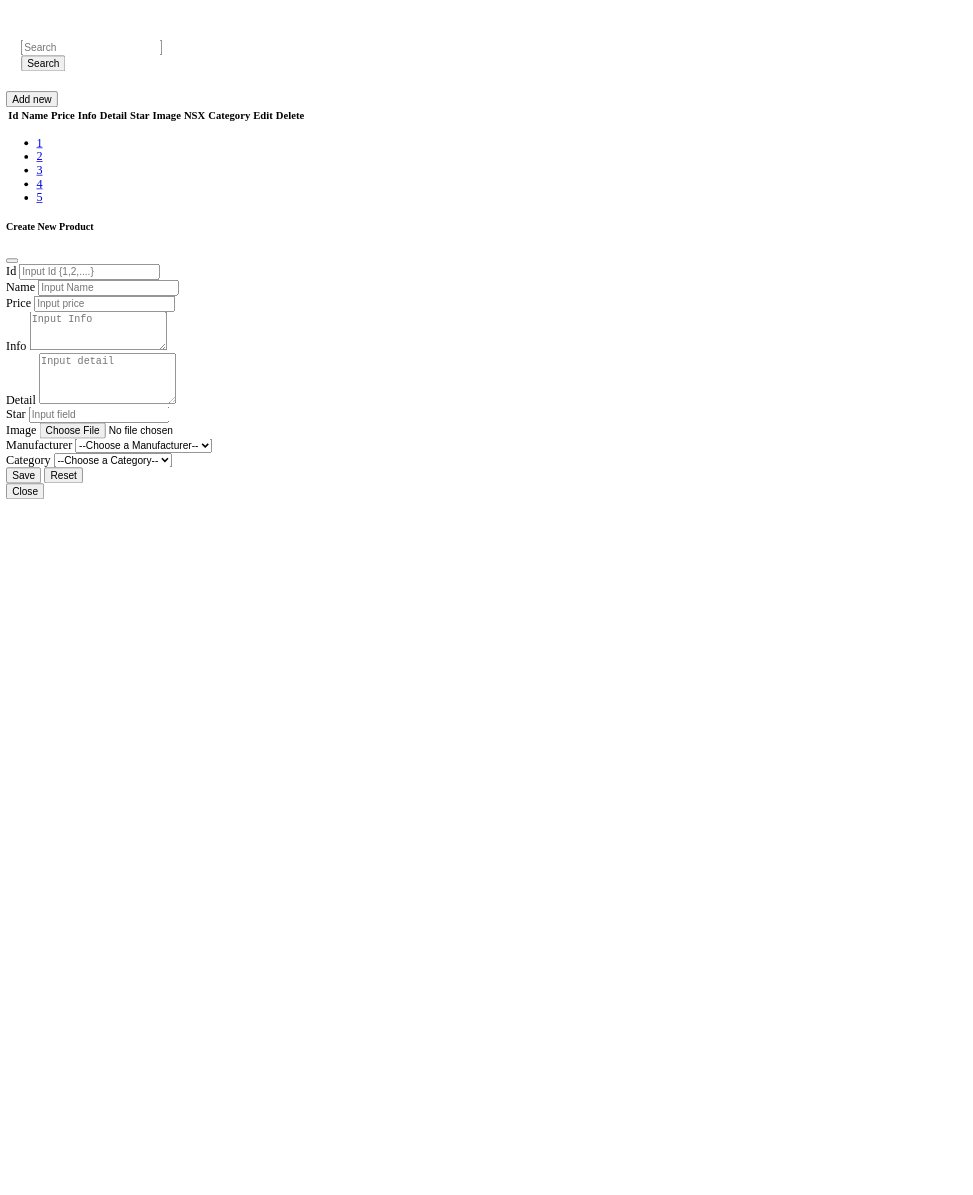
Repository: nguyenhien9/VTI_demo-ecommerce
Page: ADMIN/contentProduct.html
An editor plug-in stored every save of this project. The page is shown before and after the next save, followed by the edit.
The browser window is 1280 px wide. The pictures show the whole page, at 76% of full size.

Above is the page before, as saved 2023-04-05 20:26:54.

### ADMIN/contentProduct.html
<!DOCTYPE html>
<html lang="en">
  <head>
    <meta charset="UTF-8" />
    <meta http-equiv="X-UA-Compatible" content="IE=edge" />
    <meta name="viewport" content="width=device-width, initial-scale=1.0" />
    <title>ContentProduct</title>
    <link rel="stylesheet" href="./asset/css/Adminpage.css" />
  </head>
  <body>
    <div class="col-12 col-sm-12 col-md-12 col-lg-12 col-xl-12 col-xxl-12">
      <br />
      <br />
      <!-- Search -->
      <div class="row justify-content-center g-2">
        <div class="col-12 col-sm-12 col-md-12 col-lg-12 col-xl-12 col-xxl-12">
          <div class="row justify-content-center align-items-center g-2">
            <form
              class="d-flex border rounded w-100"
              style="padding: 8px 8px 8px 20px"
              role="search"
            >
              <div class="col-8 pe-4">
                <input
                  class="form-control me-2"
                  type="search"
                  placeholder="Search"
                  aria-label="Search"
                />
              </div>
              <div class="col-4">
                <button class="btn btn-outline-success" type="submit">
                  Search
                </button>
              </div>
            </form>
          </div>
        </div>
      </div>
      <!-- End Search -->
      <!-- Add product -->
      <br />

      <div class="row justify-content-center border rounded g-2 updateModal">
        <div class="row justify-content-center g-2 ps-2">
          <div class="col-12">
            <button
              type="button"
              class="btn btn-info text-light"
              data-bs-toggle="modal"
              data-bs-target="#modalId"
            >
              Add new
            </button>
          </div>
        </div>
        <div class="row justify-content-center align-items-center g-2">
          <div class="col-sm-12">
            <div class="table-responsive" style="font-size: 14px">
              <table class="table table-light">
                <thead>
                  <tr>
                    <th scope="col">Id</th>
                    <th scope="col">Name</th>
                    <th scope="col">Price</th>
                    <th scope="col">Info</th>
                    <th scope="col">Detail</th>
                    <th scope="col">Star</th>
                    <th scope="col">Image</th>
                    <th scope="col">NSX</th>
                    <th scope="col">Category</th>
                    <th scope="col">Edit</th>
                    <th scope="col">Delete</th>
                  </tr>
                </thead>
                <tbody id="tableBody">
                  <!-- Row-1 -->

                  <!-- Row-2 -->
                </tbody>
              </table>
            </div>
          </div>
        </div>
        <div class="row justify-content-center align-items-center g-2">
          <div class="col-sm-12">
            <nav aria-label="Page navigation">
              <ul class="pagination ps-4">
                <li class="page-item" aria-current="page">
                  <a class="page-link active" href="#">1</a>
                </li>
                <li class="page-item">
                  <a class="page-link" href="#">2</a>
                </li>
                <li class="page-item"><a class="page-link" href="#">3</a></li>
                <li class="page-item"><a class="page-link" href="#">4</a></li>
                <li class="page-item"><a class="page-link" href="#">5</a></li>
              </ul>
            </nav>
          </div>
        </div>
      </div>
      <!--  Modal Add New  -->
      <!-- Modal Body-->
      <div
        class="modal fade"
        id="modalId"
        tabindex="-1"
        role="dialog"
        aria-labelledby="modalTitleId"
        aria-hidden="true"
      >
        <div class="modal-dialog" role="document">
          <div class="modal-content">
            <div class="modal-header">
              <h5 class="modal-title" id="modalTitleId">Create New Product</h5>
              <button
                type="button"
                class="btn-close"
                data-bs-dismiss="modal"
                aria-label="Close"
              ></button>
            </div>
            <div class="modal-body">
              <div class="container-fluid">
                <div class="col-12">
                  <!-- Product Properties -->

                  <div class="mb-3">
                    <label for="" class="form-label fw-bold">Id</label>
                    <input
                      type="text"
                      name="id"
                      id="id"
                      class="form-control"
                      placeholder="Input Id {1,2,....}"
                    />
                  </div>
                  <div class="mb-3">
                    <label for="" class="form-label fw-bold">Name</label>
                    <input
                      type="text"
                      name="name"
                      id="name"
                      class="form-control"
                      placeholder="Input Name"
                    />
                  </div>
                  <div class="mb-3">
                    <label for="" class="form-label fw-bold">Price</label>
                    <input
                      type="text"
                      name="price"
                      id="price"
                      class="form-control"
                      placeholder="Input price"
                    />
                  </div>
                  <div class="mb-3">
                    <label for="" class="form-label fw-bold">Info</label>
                    <textarea
                      class="form-control"
                      name="info"
                      id="info"
                      rows="3"
                      placeholder="Input Info"
                    ></textarea>
                  </div>
                  <div class="mb-3">
                    <label for="" class="form-label fw-bold">Detail</label>
                    <textarea
                      class="form-control"
                      name="detail"
                      id="detail"
                      rows="4"
                      placeholder="Input detail"
                    ></textarea>
                  </div>
                  <div class="mb-3">
                    <label for="" class="form-label fw-bold">Star</label>
                    <input
                      type="text"
                      name="star"
                      id="star"
                      class="form-control"
                      placeholder="Input field"
                    />
                  </div>
                  <div class="mb-3">
                    <label for="" class="form-label fw-bold">Image</label>
                    <input
                      type="file"
                      name="image"
                      id="image"
                      class="form-control text-secondary"
                      accept="image/*"
                    />
                  </div>
                  <div class="mb-3">
                    <label for="" class="form-label fw-bold"
                      >Manufacturer</label
                    >
                    <select
                      class="form-select form-select-md text-secondary"
                      name="manufacturer"
                      id="manufacturer"
                    >
                      <option selected>--Choose a Manufacturer--</option>
                      <option value="SAMSUNG">SAMSUNG</option>
                      <option value="APPLE">APPLE</option>
                      <option value="XIAOMI">XIAOMI</option>
                      <option value="OPPO">OPPO</option>
                    </select>
                  </div>
                  <div class="mb-3">
                    <label for="" class="form-label fw-bold">Category</label>
                    <select
                      class="form-select form-select-md text-secondary"
                      name=""
                      id="category"
                    >
                      <option selected>--Choose a Category--</option>
                      <option value="Mobile Phone">Mobile Phone</option>
                      <option value="Tablet">Tablet</option>
                      <option value="Laptop">Laptop</option>
                    </select>
                  </div>

                  <!-- Action -->

                  <div class="col-12">
                    <button
                      type="button"
                      class="btn btn-primary fw-semibold"
                      onclick="addNewProduct()"
                    >
                      Save
                    </button>
                    <button
                      type="button"
                      class="btn btn-warning text-light fw-semibold"
                    >
                      Reset
                    </button>
                  </div>
                </div>
              </div>
            </div>
            <div class="modal-footer">
              <div class="col-12">
                <button
                  type="button"
                  class="btn btn-danger float-end"
                  data-bs-dismiss="modal"
                >
                  Close
                </button>
              </div>
            </div>
          </div>
        </div>
      </div>
      <!-- Modal Edit -->
      <div
        class="modal fade editModal"
        id="updateModal"
        tabindex="-1"
        role="dialog"
        aria-labelledby="modalTitleId"
        aria-hidden="true"
      >
        <div class="modal-dialog" role="document">
          <div class="modal-content">
            <div class="modal-header">
              <h5 class="modal-title" id="modalTitleId">Update Product</h5>
              <button
                type="button"
                class="btn-close"
                data-bs-dismiss="modal"
                aria-label="Close"
              ></button>
            </div>
            <div class="modal-body">
              <div class="container-fluid">
                <div class="col-12">
                  <!-- Product Properties -->

                  <div class="mb-3">
                    <label for="" class="form-label fw-bold">Id</label>
                    <input
                      type="text"
                      name="updateId"
                      id="updateId"
                      class="form-control"
                      placeholder="Input Id {1,2,....}"
                      disabled
                    />
                  </div>
                  <div class="mb-3">
                    <label for="" class="form-label fw-bold">Name</label>
                    <input
                      type="text"
                      name="updateName"
                      id="updateName"
                      class="form-control"
                      placeholder="Input Name"
                    />
                  </div>
                  <div class="mb-3">
                    <label for="" class="form-label fw-bold">Price</label>
                    <input
                      type="text"
                      name="updatePrice"
                      id="updatePrice"
                      class="form-control"
                      placeholder="Input price"
                    />
                  </div>
                  <div class="mb-3">
                    <label for="" class="form-label fw-bold">Info</label>
                    <textarea
                      class="form-control"
                      name="updateInfo"
                      id="updateInfo"
                      rows="3"
                      placeholder="Input Info"
                    ></textarea>
                  </div>
                  <div class="mb-3">
                    <label for="" class="form-label fw-bold">Detail</label>
                    <textarea
                      class="form-control"
                      name="updateDetail"
                      id="updateDetail"
                      rows="4"
                      placeholder="Input detail"
                    ></textarea>
                  </div>
                  <div class="mb-3">
                    <label for="" class="form-label fw-bold">Star</label>
                    <input
                      type="text"
                      name="updateStar"
                      id="updateStar"
                      class="form-control"
                      placeholder="Input field"
                    />
                  </div>
                  <div class="mb-3">
                    <label for="" class="form-label fw-bold">Image</label>
                    <input
                      type="file"
                      name="updateImage"
                      id="updateImage"
                      class="form-control text-secondary"
                      accept="image/*"
                    />
                  </div>
                  <div class="mb-3">
                    <label for="" class="form-label fw-bold"
                      >Manufacturer</label
                    >
                    <select
                      class="form-select form-select-md text-secondary"
                      name="updateManufacturer"
                      id="updateManufacturer"
                    >
                      <option selected>--Choose a Manufacturer--</option>
                      <option value="SAMSUNG">SAMSUNG</option>
                      <option value="APPLE">APPLE</option>
                      <option value="XIAOMI">XIAOMI</option>
                      <option value="OPPO">OPPO</option>
                    </select>
                  </div>
                  <div class="mb-3">
                    <label for="" class="form-label fw-bold">Category</label>
                    <select
                      class="form-select form-select-md text-secondary"
                      name="updateCategory"
                      id="updateCategory"
                    >
                      <option selected>--Choose a Category--</option>
                      <option value="Mobile Phone">Mobile Phone</option>
                      <option value="Tablet">Tablet</option>
                      <option value="Laptop">Laptop</option>
                    </select>
                  </div>

                  <!-- Action -->

                  <div class="col-12">
                    <button type="button" class="btn btn-primary fw-semibold">
                      Update
                    </button>
                    <button
                      type="button"
                      class="btn btn-warning text-light fw-semibold"
                    >
                      Reset
                    </button>
                  </div>
                </div>
              </div>
            </div>
            <div class="modal-footer">
              <div class="col-12">
                <button
                  type="button"
                  class="btn btn-danger float-end"
                  data-bs-dismiss="modal"
                >
                  Close
                </button>
              </div>
            </div>
          </div>
        </div>
      </div>
    </div>
  </body>
</html>

### ADMIN/asset/css/Adminpage.css
html {
  font-size: 16px;
}
.editModal {
  opacity: 0;
  visibility: hidden;
  font-size: 50px;
}

.editModal.showModal {
  opacity: 1;
  visibility: visible;
}

After the next save:
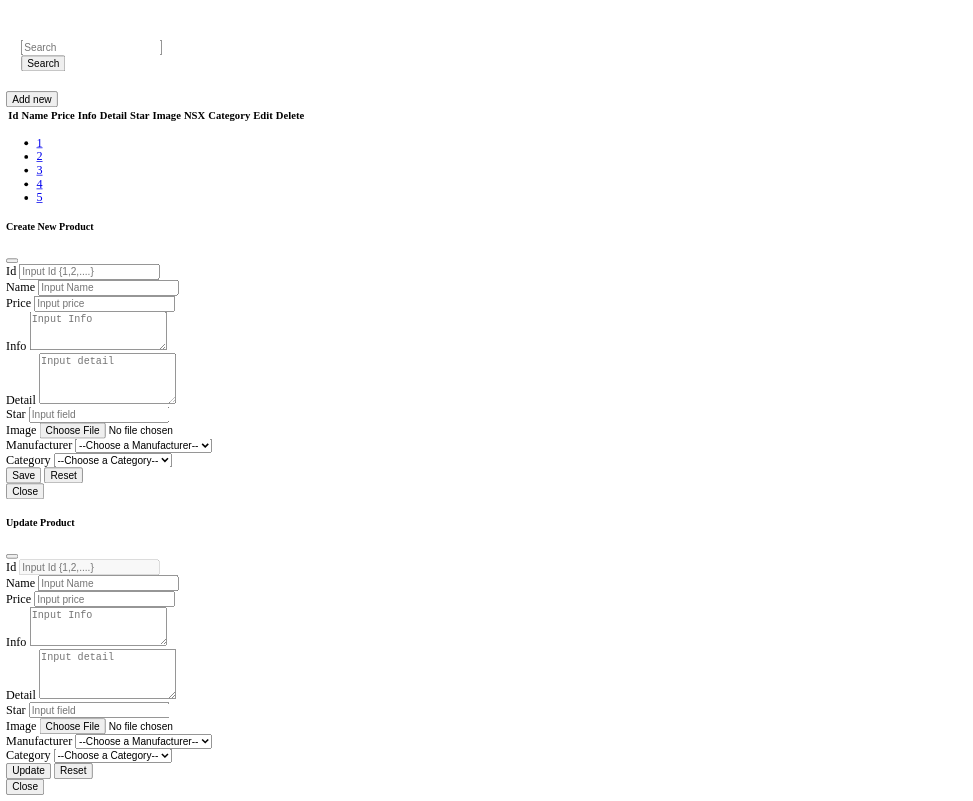
Saved 21 s later.
--- a/ADMIN/contentProduct.html
+++ b/ADMIN/contentProduct.html
@@ -262,7 +262,7 @@
       </div>
       <!-- Modal Edit -->
       <div
-        class="modal fade editModal"
+        class="modal fade"
         id="updateModal"
         tabindex="-1"
         role="dialog"

After the save that followed:
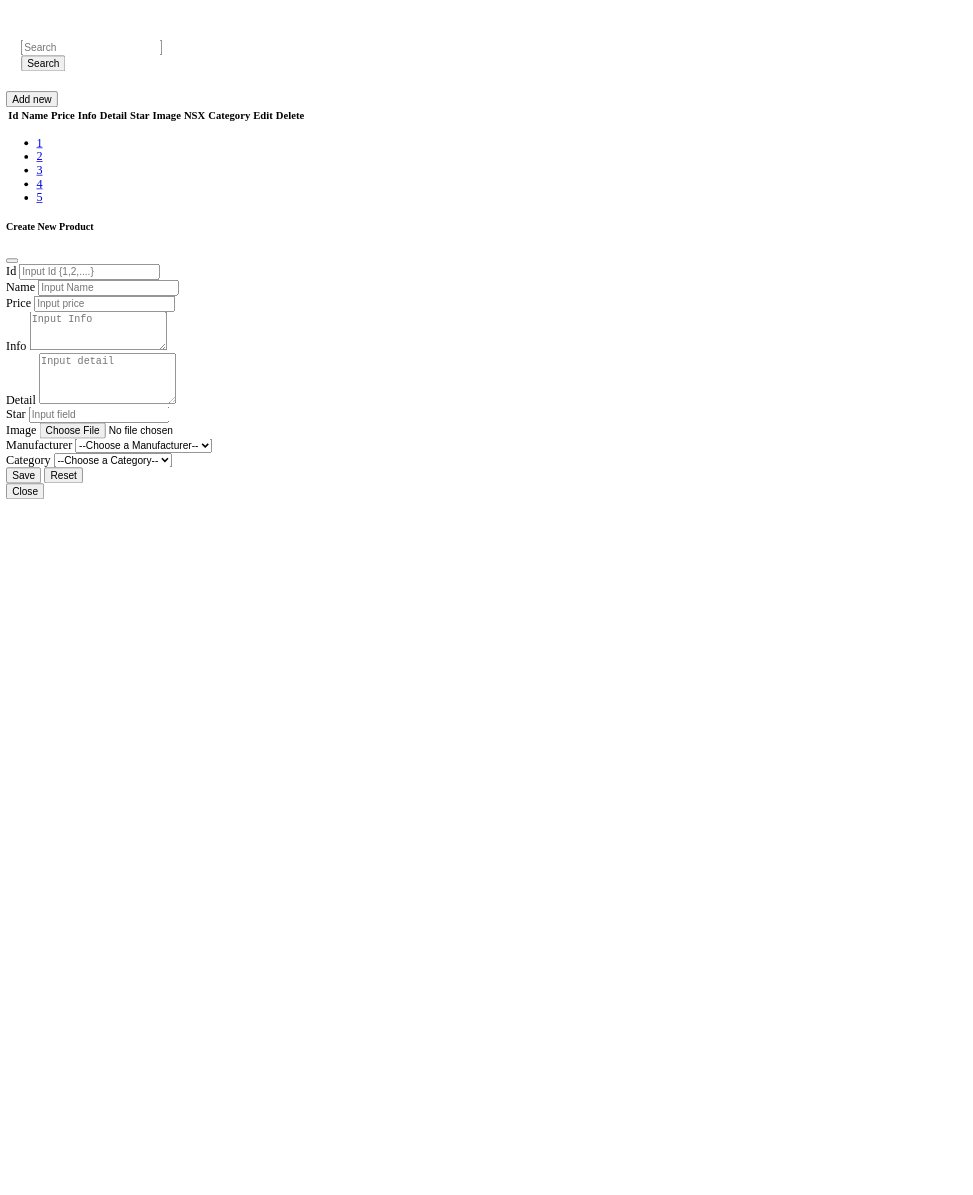
Saved 12 s later.
--- a/ADMIN/asset/css/Adminpage.css
+++ b/ADMIN/asset/css/Adminpage.css
@@ -1,7 +1,7 @@
 html {
   font-size: 16px;
 }
-.editModal {
+#updateModal {
   opacity: 0;
   visibility: hidden;
   font-size: 50px;
